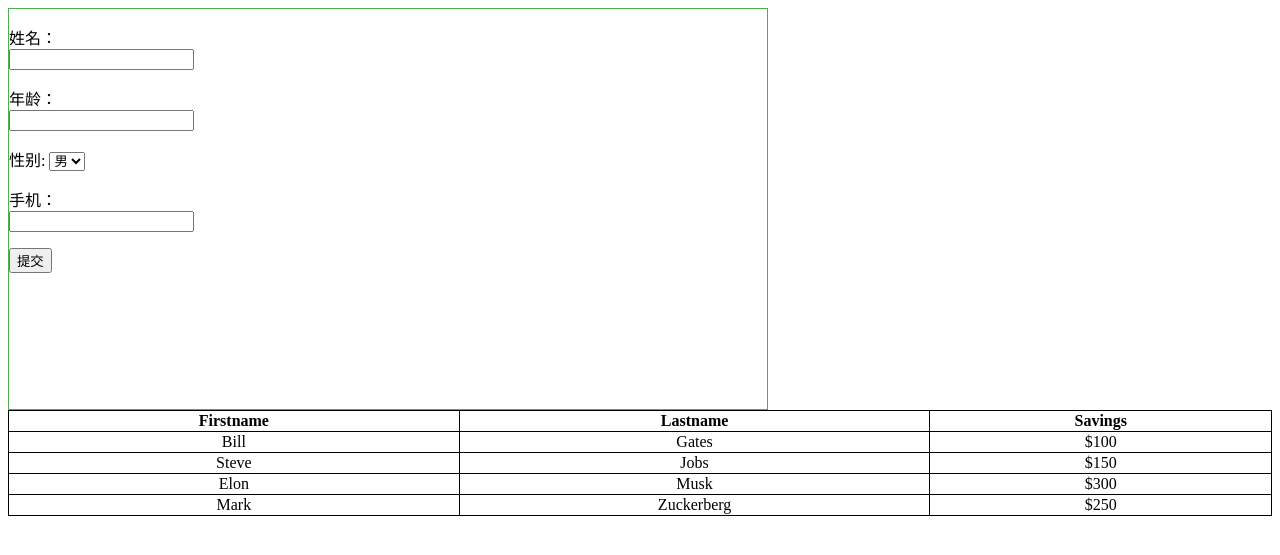
Repository: 1404413577/jsdemo
Page: small-demo/录入信息.html
An editor plug-in stored every save of this project. The page is shown before and after the next save, followed by the edit.
The browser window is 1280 px wide. The pictures show the whole page.

Above is the page before, as saved 2022-11-20 16:37:54.

After the next save:
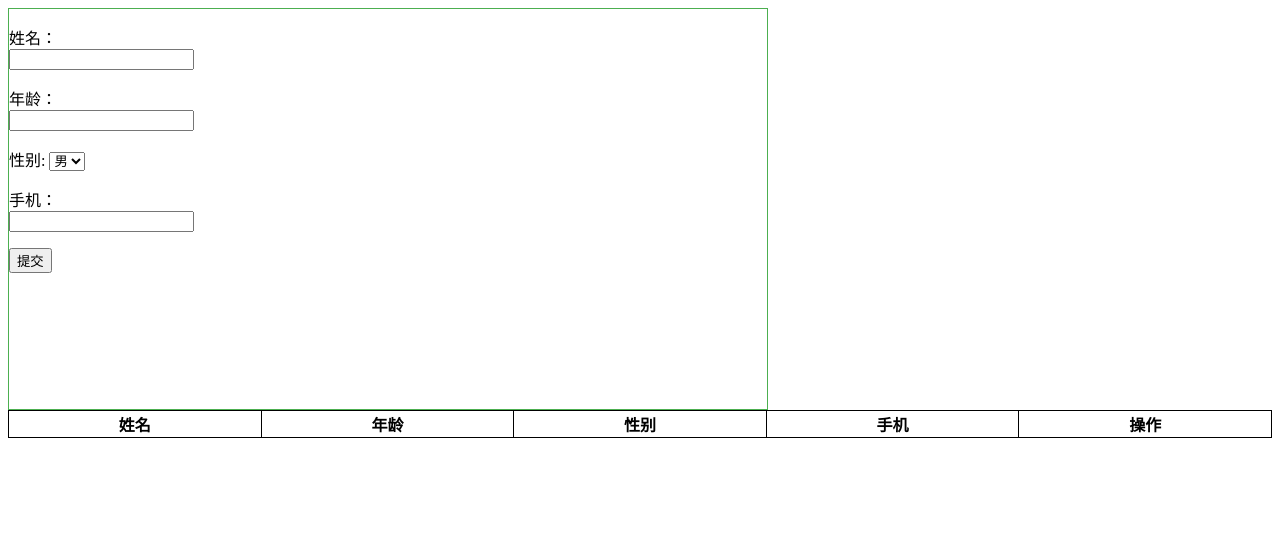
Saved 118 s later.
--- a/small-demo/录入信息.html
+++ b/small-demo/录入信息.html
@@ -60,30 +60,16 @@
 
     <table>
         <tr>
-            <th>Firstname</th>
-            <th>Lastname</th>
-            <th>Savings</th>
+            <th>姓名</th>
+            <th>年龄</th>
+            <th>性别</th>
+            <th>手机</th>
+            <th>操作</th>
         </tr>
-        <tr>
-            <td>Bill</td>
-            <td>Gates</td>
-            <td>$100</td>
+        <tr id="customers">
+
         </tr>
-        <tr>
-            <td>Steve</td>
-            <td>Jobs</td>
-            <td>$150</td>
-        </tr>
-        <tr>
-            <td>Elon</td>
-            <td>Musk</td>
-            <td>$300</td>
-        </tr>
-        <tr>
-            <td>Mark</td>
-            <td>Zuckerberg</td>
-            <td>$250</td>
-        </tr>
+
     </table>
 </body>
 <script>
